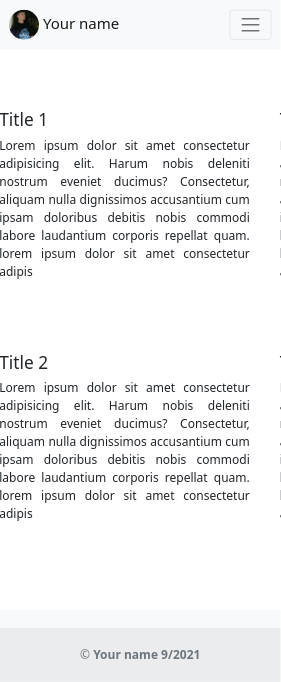
Repository: nvt01/72_1951061106_NgoVanTung
Page: BaiTh1/index.html
The author's editor kept a copy of each file at every save. The page is drawn from the files as they stood at one save, then again after a run of saves.
The browser window is 374 px wide. The pictures show the whole page, at 75% of full size.

Above is the page before, as saved 2021-12-01 11:09:35.

After the next 4 saves:
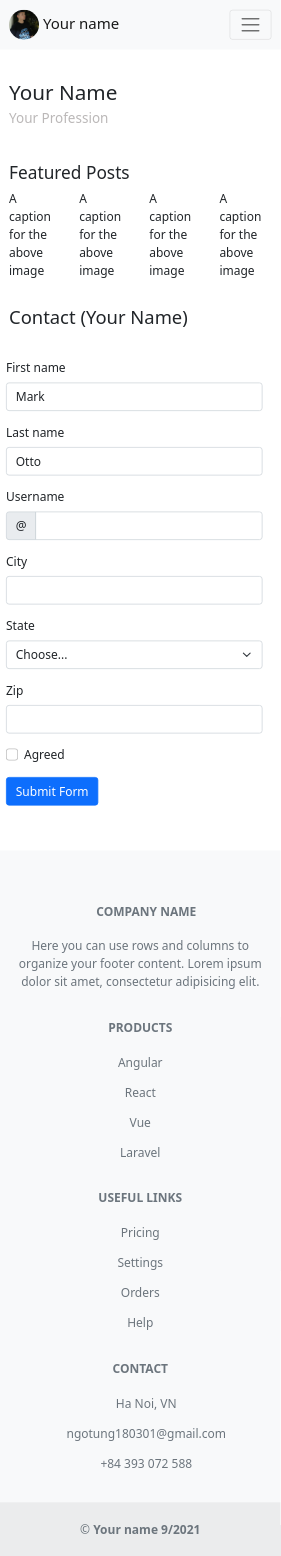
The 4 saves are shown as one change because they came seconds apart.
The last was saved 26 s later.
--- a/BaiTh1/style.css
+++ b/BaiTh1/style.css
@@ -82,7 +82,10 @@
 }
 
 @media screen and (max-width: 374px) {
-    .container {
+    .container img{
+        display: none;
+    }
+    .content {
         display: none;
     }
     .image {
